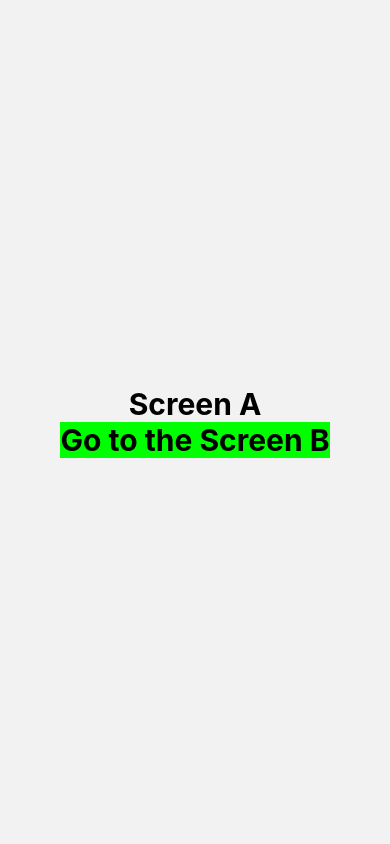
Repository: ntu34543/Navigation
Screen: /
These files come from the project's save history. The screen is drawn as it stood at one moment and after a run of saves; the edit follows.
The app was drawn by React Native's web renderer in a window 390 px wide. The project was rebuilt for these pictures with package versions that can differ from the ones it lists, and the page was loaded fresh each time.

Above is the screen before, as saved 2022-09-18 17:10:18.

### App.js
import { StatusBar } from "expo-status-bar";
import { StyleSheet, Text, View, Pressable } from "react-native";
import { NavigationContainer } from "@react-navigation/native";
import { createStackNavigator } from "@react-navigation/stack";

const Stack = createStackNavigator();

function ScreenA({ navigation }) {
  const onPressHandler = () => {
    // navigation.navigate("Screen_B");
    navigation.replace("Screen_B");
  };
  return (
    <View style={styles.body}>
      <Text style={styles.text}>Screen A</Text>
      <Pressable
        onPress={onPressHandler}
        style={({ pressed }) => ({
          backgroundColor: pressed ? "#ddd" : "#0f0",
        })}
      >
        <Text style={styles.text}>Go to the Screen B</Text>
      </Pressable>
    </View>
  );
}

function ScreenB({ navigation }) {
  const onPressHandler = () => {
    // navigation.navigate("Screen_A");
    navigation.goBack();
  };
  return (
    <View style={styles.body}>
      <Text style={styles.text}>Screen B</Text>
      <Pressable
        onPress={onPressHandler}
        style={({ pressed }) => ({
          backgroundColor: pressed ? "#ddd" : "white",
        })}
      >
        <Text style={styles.text}>Go back Screen A</Text>
      </Pressable>
    </View>
  );
}

export default function App() {
  return (
    <NavigationContainer>
      <Stack.Navigator screenOptions={{ header: () => null }}>
        <Stack.Screen name="Screen_A" component={ScreenA} />
        {/* options={{header: () => null}} */}
        <Stack.Screen name="Screen_B" component={ScreenB} />
      </Stack.Navigator>
    </NavigationContainer>
  );
}

const styles = StyleSheet.create({
  body: {
    flex: 1,
    justifyContent: "center",
    alignItems: "center",
  },
  text: {
    fontSize: 30,
    fontWeight: "bold",
  },
});

After the next 6 saves:
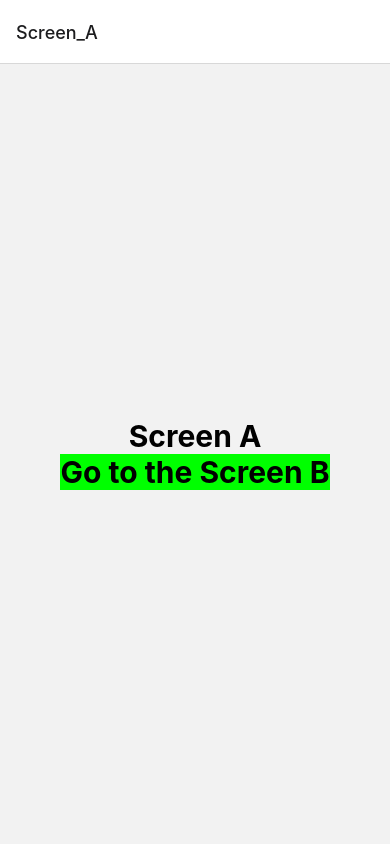
The 6 saves are shown as one change because they came seconds apart.
The last was saved 28 h 53 min later.
--- a/App.js
+++ b/App.js
@@ -48,7 +48,9 @@
 export default function App() {
   return (
     <NavigationContainer>
-      <Stack.Navigator screenOptions={{ header: () => null }}>
+      <Stack.Navigator
+      // screenOptions={{ header: () => null }}
+      >
         <Stack.Screen name="Screen_A" component={ScreenA} />
         {/* options={{header: () => null}} */}
         <Stack.Screen name="Screen_B" component={ScreenB} />

After the 2 saves that followed:
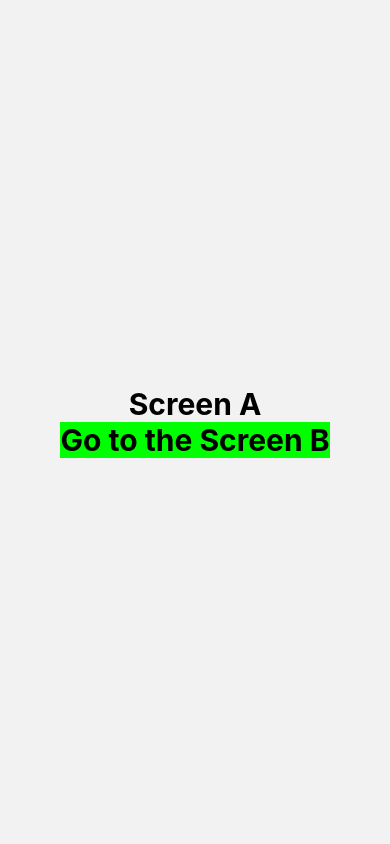
The 2 saves are shown as one change because they came seconds apart.
The last was saved 15 s later.
--- a/App.js
+++ b/App.js
@@ -49,7 +49,7 @@
   return (
     <NavigationContainer>
       <Stack.Navigator
-      // screenOptions={{ header: () => null }}
+      screenOptions={{ header: () => null }}
       >
         <Stack.Screen name="Screen_A" component={ScreenA} />
         {/* options={{header: () => null}} */}
